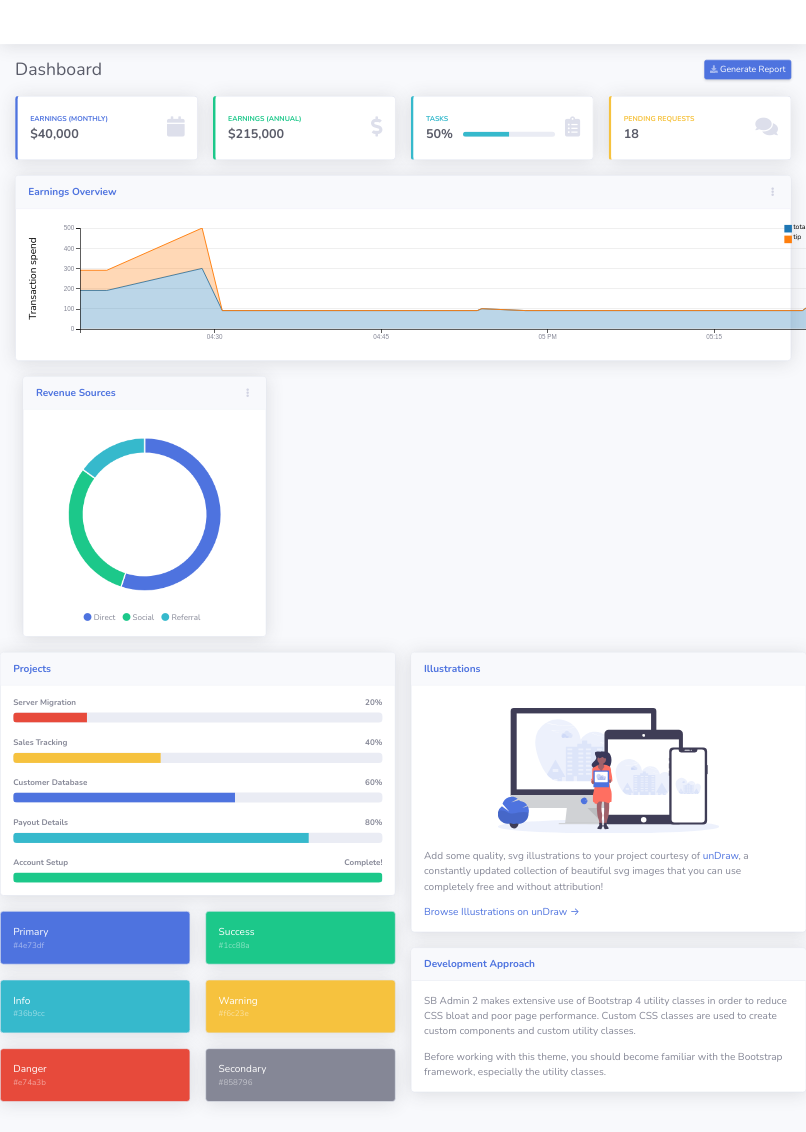
Repository: fLavery/NodeDashboard
Page: index.html
The author's editor kept a record of every edit. The page is drawn from the files as they stood at one moment, then again after the next edit.
The browser window is 1280 px wide. The pictures show the whole page, at 63% of full size.

Above is the page before.
Console error: TypeError: Cannot read properties of null (reading 'length')

### index.html
<!DOCTYPE html>
<html lang="en">

<head>

  <meta charset="utf-8">
  <meta http-equiv="X-UA-Compatible" content="IE=edge">
  <meta name="viewport" content="width=device-width, initial-scale=1, shrink-to-fit=no">
  <meta name="description" content="">
  <meta name="author" content="">

  <title>Chainlink Node Dashboard</title>

  <!-- Custom fonts for this template-->
  <link href="vendor/fontawesome-free/css/all.min.css" rel="stylesheet" type="text/css">
  <link href="https://fonts.googleapis.com/css?family=Nunito:200,200i,300,300i,400,400i,600,600i,700,700i,800,800i,900,900i" rel="stylesheet">

  <!-- Custom styles for this template-->
  <link href="css/sb-admin-2.min.css" rel="stylesheet">
  <link rel="stylesheet" href="dc.css" type="text/css" />


</head>

<body id="page-top">

  <!-- Page Wrapper -->
  <div id="wrapper">

    <!-- Sidebar -->

      <!-- Sidebar - Brand -->

      <!-- Divider -->

    <!-- End of Sidebar -->

    <!-- Content Wrapper -->
    <div id="content-wrapper" class="d-flex flex-column">

      <!-- Main Content -->
      <div id="content">

        <!-- Topbar -->
        <nav class="navbar navbar-expand navbar-light bg-white topbar mb-4 static-top shadow">

          <!-- Sidebar Toggle (Topbar) -->
          <button id="sidebarToggleTop" class="btn btn-link d-md-none rounded-circle mr-3">
            <i class="fa fa-bars"></i>
          </button>

          <!-- Topbar Search -->

          <!-- Topbar Navbar -->
          <ul class="navbar-nav ml-auto">

            <!-- Nav Item - Search Dropdown (Visible Only XS) -->

            <!-- Nav Item - Alerts -->


            <!-- Nav Item - Messages -->

            <!-- Nav Item - User Information -->


        </nav>
        <!-- End of Topbar -->

        <!-- Begin Page Content -->
        <div class="container-fluid">

          <!-- Page Heading -->
          <div class="d-sm-flex align-items-center justify-content-between mb-4">
            <h1 class="h3 mb-0 text-gray-800">Dashboard</h1>
            <a href="#" class="d-none d-sm-inline-block btn btn-sm btn-primary shadow-sm"><i class="fas fa-download fa-sm text-white-50"></i> Generate Report</a>
          </div>

          <!-- Content Row -->
          <div class="row">

            <!-- Earnings (Monthly) Card Example -->
            <div class="col-xl-3 col-md-6 mb-4">
              <div class="card border-left-primary shadow h-100 py-2">
                <div class="card-body">
                  <div class="row no-gutters align-items-center">
                    <div class="col mr-2">
                      <div class="text-xs font-weight-bold text-primary text-uppercase mb-1">Earnings (Monthly)</div>
                      <div class="h5 mb-0 font-weight-bold text-gray-800">$40,000</div>
                    </div>
                    <div class="col-auto">
                      <i class="fas fa-calendar fa-2x text-gray-300"></i>
                    </div>
                  </div>
                </div>
              </div>
            </div>

            <!-- Earnings (Monthly) Card Example -->
            <div class="col-xl-3 col-md-6 mb-4">
              <div class="card border-left-success shadow h-100 py-2">
                <div class="card-body">
                  <div class="row no-gutters align-items-center">
                    <div class="col mr-2">
                      <div class="text-xs font-weight-bold text-success text-uppercase mb-1">Earnings (Annual)</div>
                      <div class="h5 mb-0 font-weight-bold text-gray-800">$215,000</div>
                    </div>
                    <div class="col-auto">
                      <i class="fas fa-dollar-sign fa-2x text-gray-300"></i>
                    </div>
                  </div>
                </div>
              </div>
            </div>

            <!-- Earnings (Monthly) Card Example -->
            <div class="col-xl-3 col-md-6 mb-4">
              <div class="card border-left-info shadow h-100 py-2">
                <div class="card-body">
                  <div class="row no-gutters align-items-center">
                    <div class="col mr-2">
                      <div class="text-xs font-weight-bold text-info text-uppercase mb-1">Tasks</div>
                      <div class="row no-gutters align-items-center">
                        <div class="col-auto">
                          <div class="h5 mb-0 mr-3 font-weight-bold text-gray-800">50%</div>
                        </div>
                        <div class="col">
                          <div class="progress progress-sm mr-2">
                            <div class="progress-bar bg-info" role="progressbar" style="width: 50%" aria-valuenow="50" aria-valuemin="0" aria-valuemax="100"></div>
                          </div>
                        </div>
                      </div>
                    </div>
                    <div class="col-auto">
                      <i class="fas fa-clipboard-list fa-2x text-gray-300"></i>
                    </div>
                  </div>
                </div>
              </div>
            </div>

            <!-- Pending Requests Card Example -->
            <div class="col-xl-3 col-md-6 mb-4">
              <div class="card border-left-warning shadow h-100 py-2">
                <div class="card-body">
                  <div class="row no-gutters align-items-center">
                    <div class="col mr-2">
                      <div class="text-xs font-weight-bold text-warning text-uppercase mb-1">Pending Requests</div>
                      <div class="h5 mb-0 font-weight-bold text-gray-800">18</div>
                    </div>
                    <div class="col-auto">
                      <i class="fas fa-comments fa-2x text-gray-300"></i>
                    </div>
                  </div>
                </div>
              </div>
            </div>
          </div>

          <!-- Content Row -->

          <div class="row">

            <!-- Area Chart -->
            <div class="col-xl-12 col-lg-7">
              <div class="card shadow mb-4">
                <!-- Card Header - Dropdown -->
                <div class="card-header py-3 d-flex flex-row align-items-center justify-content-between">
                  <h6 class="m-0 font-weight-bold text-primary">Earnings Overview</h6>
                  <div class="dropdown no-arrow">
                    <a class="dropdown-toggle" href="#" role="button" id="dropdownMenuLink" data-toggle="dropdown" aria-haspopup="true" aria-expanded="false">
                      <i class="fas fa-ellipsis-v fa-sm fa-fw text-gray-400"></i>
                    </a>
                    <div class="dropdown-menu dropdown-menu-right shadow animated--fade-in" aria-labelledby="dropdownMenuLink">
                      <div class="dropdown-header">Dropdown Header:</div>
                      <a class="dropdown-item" href="#">Action</a>
                      <a class="dropdown-item" href="#">Another action</a>
                      <div class="dropdown-divider"></div>
                      <a class="dropdown-item" href="#">Something else here</a>
                    </div>
                  </div>
                </div>
                <!-- Card Body -->
                <div class="card-body">
                  <div id="chart"></div>
  <script type="text/javascript" src="d3.js"></script>
  <script type="text/javascript" src="crossfilter.js"></script>
  <script type="text/javascript" src="dc.js"></script>

  <script type="text/javascript">

  function print_filter(filter) {
    var f=eval(filter);
    if (typeof(f.length) != "undefined") {}else{}
    if (typeof(f.top) != "undefined") {f=f.top(Infinity);}else{}
    if (typeof(f.dimension) != "undefined") {f=f.dimension(function(d) { return "";}).top(Infinity);}else{}
    console.log(filter+"("+f.length+") = "+JSON.stringify(f).replace("[","[\n\t").replace(/}\,/g,"},\n\t").replace("]","\n]"));
  }

  var data = [
  {date: "2011-11-14T16:17:54Z", quantity: 2, total: 190, tip: 100, type: "tab"},
  {date: "2011-11-14T16:20:19Z", quantity: 2, total: 190, tip: 100, type: "tab"},
  {date: "2011-11-14T16:28:54Z", quantity: 1, total: 300, tip: 200, type: "visa"},
  {date: "2011-11-14T16:30:43Z", quantity: 2, total: 90, tip: 0, type: "tab"},
  {date: "2011-11-14T16:48:46Z", quantity: 2, total: 90, tip: 0, type: "tab"},
  {date: "2011-11-14T16:53:41Z", quantity: 2, total: 90, tip: 0, type: "tab"},
  {date: "2011-11-14T16:54:06Z", quantity: 1, total: 100, tip: 0, type: "cash"},
  {date: "2011-11-14T16:58:03Z", quantity: 2, total: 90, tip: 0, type: "tab"},
  {date: "2011-11-14T17:07:21Z", quantity: 2, total: 90, tip: 0, type: "tab"},
  {date: "2011-11-14T17:22:59Z", quantity: 2, total: 90, tip: 0, type: "tab"},
  {date: "2011-11-14T17:25:45Z", quantity: 2, total: 200, tip: 0, type: "cash"},
  {date: "2011-11-14T17:29:52Z", quantity: 1, total: 200, tip: 100, type: "visa"}
];

data.forEach(function(d){
  var tempDate = new Date(d.date);
  d.date = tempDate;
})

var facts = crossfilter(data);
var typeDimension = facts.dimension(function(d){ return d.type; });
var typeGroup = typeDimension.group().reduceSum(function(d){ return d.total; });

var totalDimension = facts.dimension(function(d){ return d.total; });
var totalGroup = totalDimension.group(function(d){ return Math.floor(d/100)*100; });

var dateDimension = facts.dimension(function(d){ return d.date; });
var dateGroup = dateDimension.group().reduceSum(function(d){ return d.total; });
var dateGroupTip = dateDimension.group().reduceSum(function(d){ return d.tip; });

var minDate = dateDimension.bottom(1)[0].date;
var maxDate = dateDimension.top(1)[0].date;

var lineChart = dc.lineChart("#chart")
    .width(1360)
    .height(200)
    .margins({top:10,bottom:30,right:10,left:70})
    .dimension(dateDimension)
    .group(dateGroup,"total spend")
    .stack(dateGroupTip,"tip")
    .yAxisLabel("Transaction spend")
    .renderHorizontalGridLines(true)
    .renderArea(true)
    .legend(dc.legend().x(1200).y(5).itemHeight(12).gap(5))
    .x(d3.scaleTime().domain([minDate,maxDate]));
    // .centerBar(true)
    //.xUnits(dc.units.fp.precision(100));
    // .barPadding(0.2)
    // .outerPadding(0)
    lineChart.yAxis().ticks(5);
    lineChart.xAxis().ticks(4);


dc.renderAll();

  // console.log(data);
   console.log(dateDimension.top(1)[0].date);
  //print_filter('dateDimension.bottom(3)');



  </script>

                  </div>
                </div>
              </div>
            </div>

            <!-- Pie Chart -->
            <div class="col-xl-4 col-lg-5">
              <div class="card shadow mb-4">
                <!-- Card Header - Dropdown -->
                <div class="card-header py-3 d-flex flex-row align-items-center justify-content-between">
                  <h6 class="m-0 font-weight-bold text-primary">Revenue Sources</h6>
                  <div class="dropdown no-arrow">
                    <a class="dropdown-toggle" href="#" role="button" id="dropdownMenuLink" data-toggle="dropdown" aria-haspopup="true" aria-expanded="false">
                      <i class="fas fa-ellipsis-v fa-sm fa-fw text-gray-400"></i>
                    </a>
                    <div class="dropdown-menu dropdown-menu-right shadow animated--fade-in" aria-labelledby="dropdownMenuLink">
                      <div class="dropdown-header">Dropdown Header:</div>
                      <a class="dropdown-item" href="#">Action</a>
                      <a class="dropdown-item" href="#">Another action</a>
                      <div class="dropdown-divider"></div>
                      <a class="dropdown-item" href="#">Something else here</a>
                    </div>
                  </div>
                </div>
                <!-- Card Body -->
                <div class="card-body">
                  <div class="chart-pie pt-4 pb-2">
                    <canvas id="myPieChart"></canvas>
                  </div>
                  <div class="mt-4 text-center small">
                    <span class="mr-2">
                      <i class="fas fa-circle text-primary"></i> Direct
                    </span>
                    <span class="mr-2">
                      <i class="fas fa-circle text-success"></i> Social
                    </span>
                    <span class="mr-2">
                      <i class="fas fa-circle text-info"></i> Referral
                    </span>
                  </div>
                </div>
              </div>
            </div>
          </div>

          <!-- Content Row -->
          <div class="row">

            <!-- Content Column -->
            <div class="col-lg-6 mb-4">

              <!-- Project Card Example -->
              <div class="card shadow mb-4">
                <div class="card-header py-3">
                  <h6 class="m-0 font-weight-bold text-primary">Projects</h6>
                </div>
                <div class="card-body">
                  <h4 class="small font-weight-bold">Server Migration <span class="float-right">20%</span></h4>
                  <div class="progress mb-4">
                    <div class="progress-bar bg-danger" role="progressbar" style="width: 20%" aria-valuenow="20" aria-valuemin="0" aria-valuemax="100"></div>
                  </div>
                  <h4 class="small font-weight-bold">Sales Tracking <span class="float-right">40%</span></h4>
                  <div class="progress mb-4">
                    <div class="progress-bar bg-warning" role="progressbar" style="width: 40%" aria-valuenow="40" aria-valuemin="0" aria-valuemax="100"></div>
                  </div>
                  <h4 class="small font-weight-bold">Customer Database <span class="float-right">60%</span></h4>
                  <div class="progress mb-4">
                    <div class="progress-bar" role="progressbar" style="width: 60%" aria-valuenow="60" aria-valuemin="0" aria-valuemax="100"></div>
                  </div>
                  <h4 class="small font-weight-bold">Payout Details <span class="float-right">80%</span></h4>
                  <div class="progress mb-4">
                    <div class="progress-bar bg-info" role="progressbar" style="width: 80%" aria-valuenow="80" aria-valuemin="0" aria-valuemax="100"></div>
                  </div>
                  <h4 class="small font-weight-bold">Account Setup <span class="float-right">Complete!</span></h4>
                  <div class="progress">
                    <div class="progress-bar bg-success" role="progressbar" style="width: 100%" aria-valuenow="100" aria-valuemin="0" aria-valuemax="100"></div>
                  </div>
                </div>
              </div>

              <!-- Color System -->
              <div class="row">
                <div class="col-lg-6 mb-4">
                  <div class="card bg-primary text-white shadow">
                    <div class="card-body">
                      Primary
                      <div class="text-white-50 small">#4e73df</div>
                    </div>
                  </div>
                </div>
                <div class="col-lg-6 mb-4">
                  <div class="card bg-success text-white shadow">
                    <div class="card-body">
                      Success
                      <div class="text-white-50 small">#1cc88a</div>
                    </div>
                  </div>
                </div>
                <div class="col-lg-6 mb-4">
                  <div class="card bg-info text-white shadow">
                    <div class="card-body">
                      Info
                      <div class="text-white-50 small">#36b9cc</div>
                    </div>
                  </div>
                </div>
                <div class="col-lg-6 mb-4">
                  <div class="card bg-warning text-white shadow">
                    <div class="card-body">
                      Warning
                      <div class="text-white-50 small">#f6c23e</div>
                    </div>
                  </div>
                </div>
                <div class="col-lg-6 mb-4">
                  <div class="card bg-danger text-white shadow">
                    <div class="card-body">
                      Danger
                      <div class="text-white-50 small">#e74a3b</div>
                    </div>
                  </div>
                </div>
                <div class="col-lg-6 mb-4">
                  <div class="card bg-secondary text-white shadow">
                    <div class="card-body">
                      Secondary
                      <div class="text-white-50 small">#858796</div>
                    </div>
                  </div>
                </div>
              </div>

            </div>

            <div class="col-lg-6 mb-4">

              <!-- Illustrations -->
              <div class="card shadow mb-4">
                <div class="card-header py-3">
                  <h6 class="m-0 font-weight-bold text-primary">Illustrations</h6>
                </div>
                <div class="card-body">
                  <div class="text-center">
                    <img class="img-fluid px-3 px-sm-4 mt-3 mb-4" style="width: 25rem;" src="img/undraw_posting_photo.svg" alt="">
                  </div>
                  <p>Add some quality, svg illustrations to your project courtesy of <a target="_blank" rel="nofollow" href="https://undraw.co/">unDraw</a>, a constantly updated collection of beautiful svg images that you can use completely free and without
                    attribution!
                  </p>
                  <a target="_blank" rel="nofollow" href="https://undraw.co/">Browse Illustrations on unDraw &rarr;</a>
                </div>
              </div>

              <!-- Approach -->
              <div class="card shadow mb-4">
                <div class="card-header py-3">
                  <h6 class="m-0 font-weight-bold text-primary">Development Approach</h6>
                </div>
                <div class="card-body">
                  <p>SB Admin 2 makes extensive use of Bootstrap 4 utility classes in order to reduce CSS bloat and poor page performance. Custom CSS classes are used to create custom components and custom utility classes.</p>
                  <p class="mb-0">Before working with this theme, you should become familiar with the Bootstrap framework, especially the utility classes.</p>
                </div>
              </div>

            </div>
          </div>

        </div>
        <!-- /.container-fluid -->

      </div>
      <!-- End of Main Content -->

      <!-- Footer -->

      <!-- End of Footer -->

    </div>
    <!-- End of Content Wrapper -->

  </div>
  <!-- End of Page Wrapper -->

  <!-- Scroll to Top Button-->
  <a class="scroll-to-top rounded" href="#page-top">
    <i class="fas fa-angle-up"></i>
  </a>

  <!-- Logout Modal-->
  <div class="modal fade" id="logoutModal" tabindex="-1" role="dialog" aria-labelledby="exampleModalLabel" aria-hidden="true">
    <div class="modal-dialog" role="document">
      <div class="modal-content">
        <div class="modal-header">
          <h5 class="modal-title" id="exampleModalLabel">Ready to Leave?</h5>
          <button class="close" type="button" data-dismiss="modal" aria-label="Close">
            <span aria-hidden="true">×</span>
          </button>
        </div>
        <div class="modal-body">Select "Logout" below if you are ready to end your current session.</div>
        <div class="modal-footer">
          <button class="btn btn-secondary" type="button" data-dismiss="modal">Cancel</button>
          <a class="btn btn-primary" href="login.html">Logout</a>
        </div>
      </div>
    </div>
  </div>

  <!-- Bootstrap core JavaScript-->
  <script src="vendor/jquery/jquery.min.js"></script>
  <script src="vendor/bootstrap/js/bootstrap.bundle.min.js"></script>

  <!-- Core plugin JavaScript-->
  <script src="vendor/jquery-easing/jquery.easing.min.js"></script>

  <!-- Custom scripts for all pages-->
  <script src="js/sb-admin-2.min.js"></script>

  <!-- Page level plugins -->
  <script src="vendor/chart.js/Chart.min.js"></script>

  <!-- Page level custom scripts -->
  <script src="js/demo/chart-area-demo.js"></script>
  <script src="js/demo/chart-pie-demo.js"></script>

</body>

</html>

Loaded but not shown: vendor/fontawesome-free/css/all.min.css (library); css/sb-admin-2.min.css (library); d3.js (library); dc.js (library); vendor/jquery/jquery.min.js (library); vendor/bootstrap/js/bootstrap.bundle.min.js (library); vendor/jquery-easing/jquery.easing.min.js (common file); js/sb-admin-2.min.js (common file); vendor/chart.js/Chart.min.js (library); js/demo/chart-area-demo.js (common file); js/demo/chart-pie-demo.js (common file); crossfilter.js (3167 lines, source omitted); dc.css (249 lines, source omitted)

After the next edit:
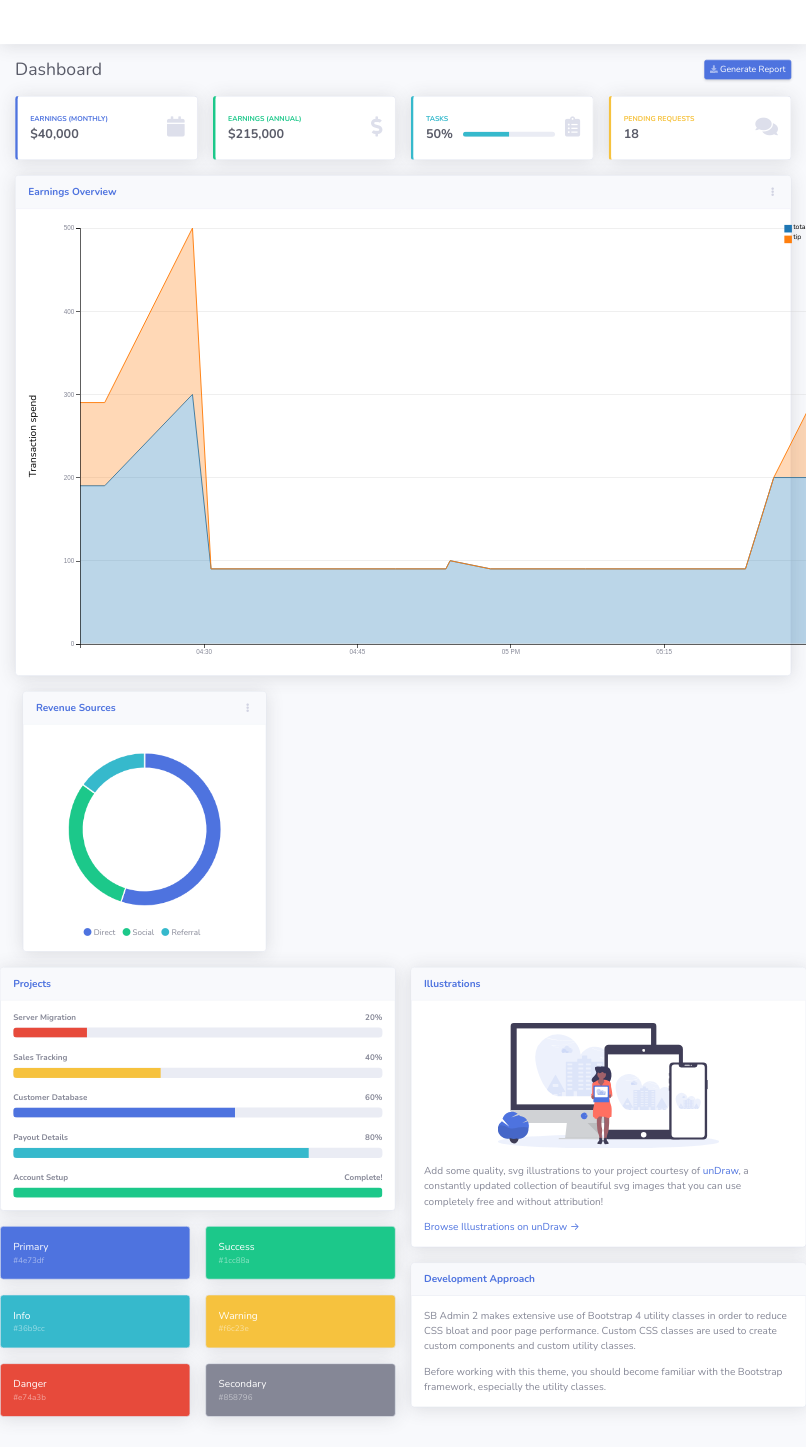
The edit:
--- a/index.html
+++ b/index.html
@@ -232,8 +232,9 @@
 var maxDate = dateDimension.top(1)[0].date;
 
 var lineChart = dc.lineChart("#chart")
-    .width(1360)
-    .height(200)
+    .width(window.innerWidth-20)
+    .height(window.innerHeight-20)
+    .elasticX(true)
     .margins({top:10,bottom:30,right:10,left:70})
     .dimension(dateDimension)
     .group(dateGroup,"total spend")
